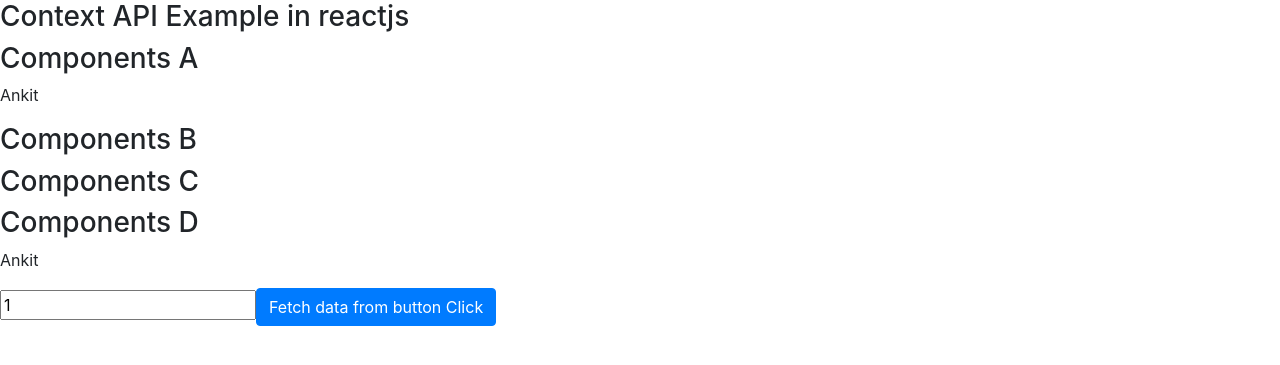
Repository: lalji-yadav/React-Context-API
Page: /a
These files come from the project's save history. The page is drawn as it stood at one moment and after the next save; the edit follows.
The browser window is 1280 px wide. The pictures show the whole page.
The page's requests for data from a server got no answer. The project was rebuilt for these pictures with package versions that can differ from the ones it lists, and the page was loaded fresh each time. No one was signed in, and anything a server would have sent is missing. Also part of the build but not shown: src/App.css.

Above is the page before, as saved 2021-02-12 11:55:06.

### src/App.js
import  React,{ useState,Suspense } from 'react';
import './App.css';
import {
  BrowserRouter as Router,
  Switch,
  Route,
  Link
} from "react-router-dom";
//import A from "./components/A";

const A = React.lazy(()=> import('./components/A'))
const TableData = React.lazy(()=>import('./CRUD/tableData'))

export const ThemeContext = React.createContext()

function App() {

  const [data, setData] = useState({
    name: "Lalji Yadav Kamasin",
    mob:"8726650277",
    email:'lalji@gmail.com'
  })

 const changeStates=()=> {
    setData({
      name:"Change value Name Lalji to Anubhav Kumar yadav",
      mob:"1234567890",
      email:'12lalji@gmail.com'
    })
  }
  const contextValues = {
    data: data,
    changeStates: changeStates
  }

  return (
    <div>
      <h3> Context API Example in reactjs  </h3>

      {/* <ThemeContext.Provider value={contextValues}>
        <Home />
      </ThemeContext.Provider> */}

      <Router>
       <Suspense fallback={<div>Loading.....</div>}>
        <Switch>
          <Route exact path="/a" component={A} />
          <Route exact path="/tabledata" component={TableData} />
        </Switch>
       </Suspense>
      </Router>

    </div>
  );
}

export default App;

### src/components/A.js
import React, { useState } from 'react';
import B from "./B";
import { Provider } from "../globalState/newState";

const A = (props) => {

    const [values, setValues] = useState({
        name:'Ankit'
    })
    console.log(props)
    return (
        <div>
             <h3> Components A </h3>
              <p>{values.name}</p>
              <Provider value={values}>
                <B />
              </Provider>

        </div>
    );
};

export default A;

### src/components/B.js
import React from 'react';
import C from "./C";

const B = () => {

    return (
        <div>
             <h3> Components B </h3>
             <C />
        </div>
    );
};

export default B;

### src/globalState/newState.js
import React  from 'react';

const MyContext = React.createContext('Default Valus')

export const Provider = MyContext.Provider;
export const Consumer = MyContext.Consumer;

### src/components/C.js
import axios from 'axios';
import { Button } from 'react-bootstrap';
import React, { useEffect, useState } from 'react';
import D from "./D";

const C = () => {

    const [data, setData] = useState([])
    const [id, setId] = useState(1)

    useEffect(()=>{
        axios.get(`https://reqres.in/api/unknown/${id}`).then((res)=> {
            console.log(res.data.data)
            setData(res.data.data)
        }).catch((err)=> {
            console.log(err)
        })
    },[id])

    return (
        <div>
             <h3> Components C </h3>
             <D />

             <input type="text" placeholder="find by Id" value={id} onChange={e=>setId(e.target.value)} />

             <Button> Fetch data from button Click </Button>

             <h3>{data.name}</h3>
             {/* {
                 data.map(item=> (<li key={item.id} >{item.name}</li>))
             } */}
        </div>
    );
};

export default C;

### src/components/D.js
import React from 'react';
import { Consumer } from "../globalState/newState";


const D = () => {


    return (
        <div>
            <h3> Components D </h3>
            <Consumer>
                 {
                     value=> <p>{value.name}</p>
                 }
             </Consumer>
        </div>
    );
};

export default D;

Loaded but not shown: public/index.html (common file); src/index.js (common file); src/index.css (common file); src/reportWebVitals.js (common file)

After the next save:
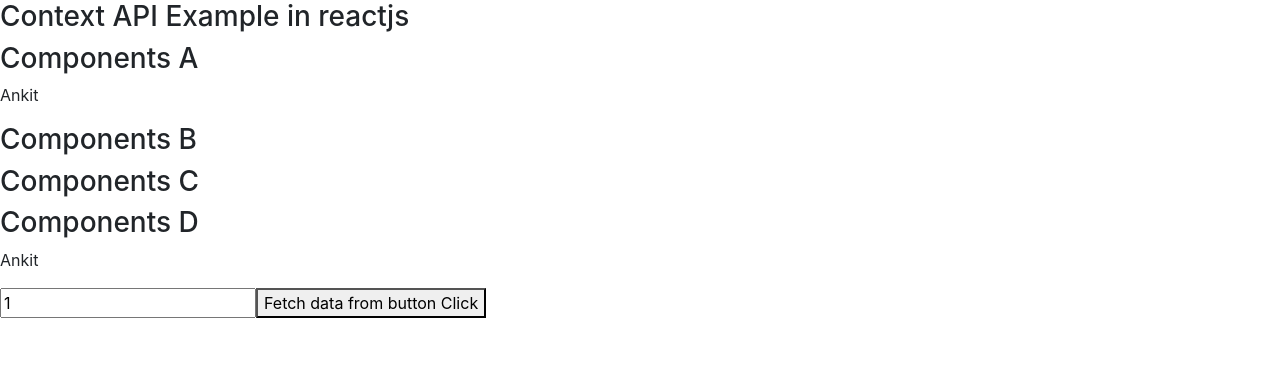
Saved 53 s later.
--- a/src/components/C.js
+++ b/src/components/C.js
@@ -1,5 +1,4 @@
 import axios from 'axios';
-import { Button } from 'react-bootstrap';
 import React, { useEffect, useState } from 'react';
 import D from "./D";
 
@@ -24,7 +23,7 @@ const C = () => {
 
              <input type="text" placeholder="find by Id" value={id} onChange={e=>setId(e.target.value)} />
 
-             <Button> Fetch data from button Click </Button>
+             <button> Fetch data from button Click </button>
 
              <h3>{data.name}</h3>
              {/* {
